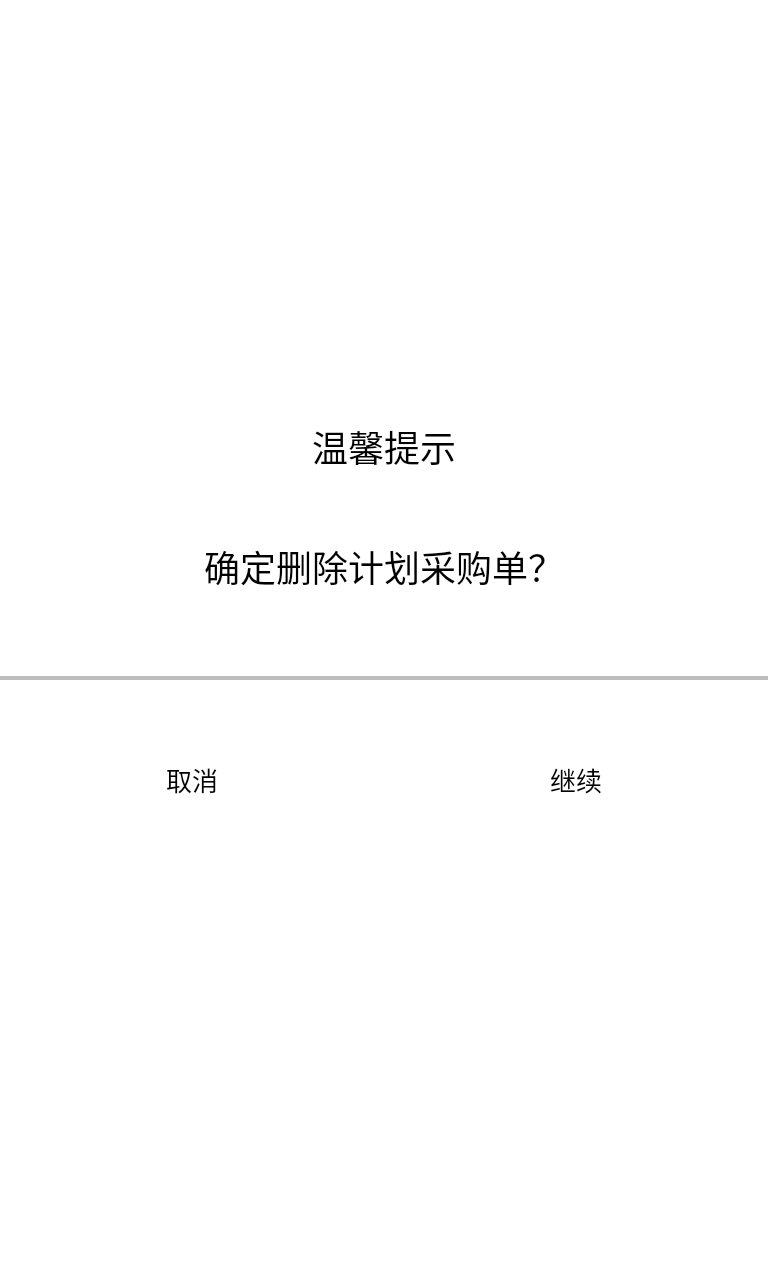
Repository: longxuep/ync
Layout: ync/Test/res/layout/view_dialog.xml
An editor plug-in stored every save of this project. The layout is shown before and after the next save, followed by the edit.
It is drawn on a 768 x 1280 px phone screen (xhdpi) without system bars, with theme AppTheme; the app's code is not run.

Above is the layout before, as saved 2016-08-08 06:45:11.

### ync/Test/res/layout/view_dialog.xml
<?xml version="1.0" encoding="utf-8"?>
<LinearLayout xmlns:android="http://schemas.android.com/apk/res/android"
    android:layout_width="match_parent"
    android:layout_height="match_parent"
    android:gravity="center"
    android:layout_gravity="center"
    android:background="@android:color/transparent"
    android:orientation="vertical" >

    <RelativeLayout
        android:id="@+id/pageinfo_success_code"
        android:layout_width="fill_parent"
        android:layout_height="240dp"
        android:clickable="true"
        android:background="#ffffff"
        android:visibility="visible" >
         <TextView
            android:id="@+id/dialog_title"
            android:layout_width="wrap_content"
            android:layout_height="wrap_content"
            android:layout_marginTop="10dp"
            android:layout_centerHorizontal="true"
            android:gravity="center"
            android:text="温馨提示"
            android:textSize="36px" />

        <TextView
            android:id="@+id/dialog_content"
            android:layout_width="wrap_content"
            android:layout_height="wrap_content"
            android:layout_marginTop="70dp"
            android:layout_centerHorizontal="true"
            android:gravity="center"
            android:text="确定删除计划采购单？"
            android:textSize="36px" />

        <View
            android:id="@+id/view_v1"
            android:layout_width="fill_parent"
            android:layout_height="2dp"
            android:layout_above="@+id/ly_v1"
            android:background="#bcbcbc" />

        <LinearLayout
            android:id="@+id/ly_v1"
            android:layout_width="fill_parent"
            android:layout_height="100dp"
            android:layout_alignParentBottom="true"
            android:orientation="horizontal" >

            <TextView
                android:id="@+id/dialog_out"
                android:layout_width="match_parent"
                android:layout_height="match_parent"
                android:layout_weight="1"
                android:gravity="center"
                android:text="取消"
                android:textSize="26px" />


            <TextView
                android:id="@+id/dialog_confirm"
                android:layout_width="match_parent"
                android:layout_height="match_parent"
                android:layout_weight="1"
                android:gravity="center"
                android:text="继续"
                android:textSize="26px" />
        </LinearLayout>
    </RelativeLayout>

</LinearLayout>

After the next save:
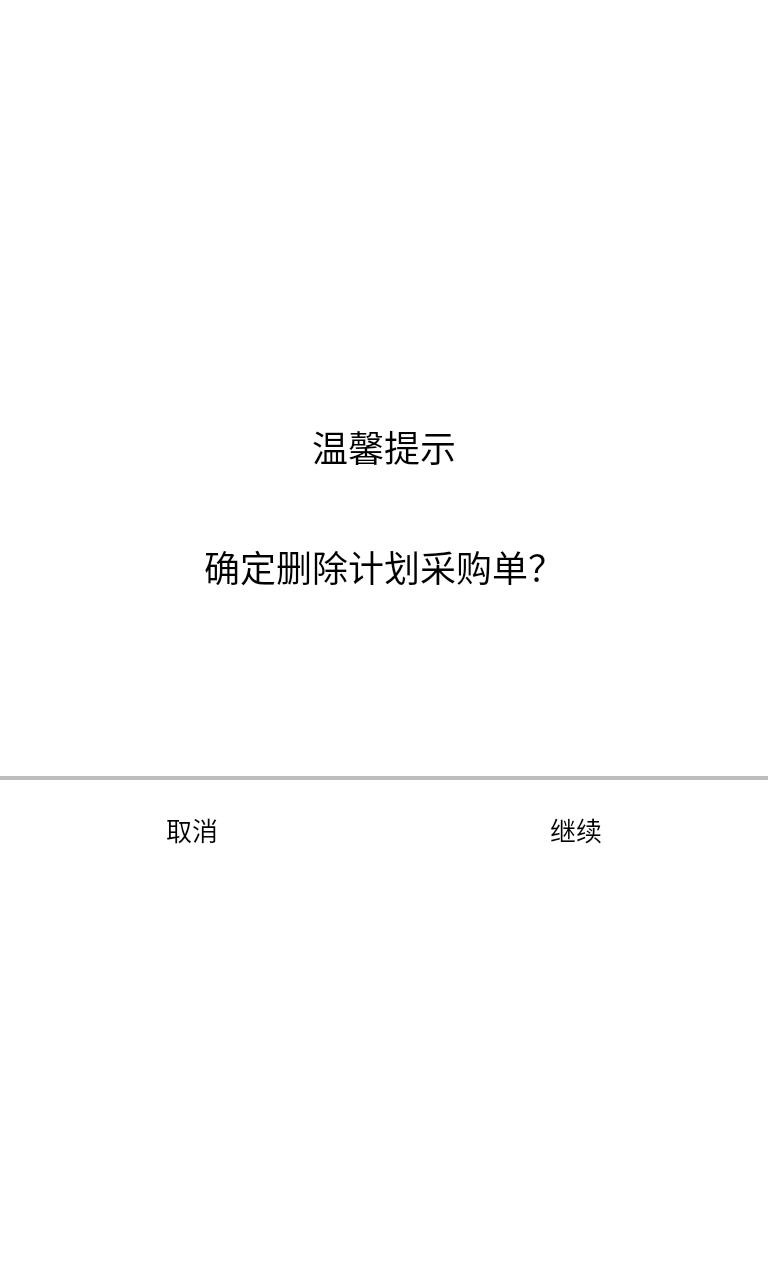
Saved 6 s later.
--- a/ync/Test/res/layout/view_dialog.xml
+++ b/ync/Test/res/layout/view_dialog.xml
@@ -44,7 +44,7 @@
         <LinearLayout
             android:id="@+id/ly_v1"
             android:layout_width="fill_parent"
-            android:layout_height="100dp"
+            android:layout_height="50dp"
             android:layout_alignParentBottom="true"
             android:orientation="horizontal" >
 
@@ -54,6 +54,8 @@
                 android:layout_height="match_parent"
                 android:layout_weight="1"
                 android:gravity="center"
+                android:paddingBottom="10px"
+                android:paddingTop="10px"
                 android:text="取消"
                 android:textSize="26px" />
 
@@ -64,6 +66,8 @@
                 android:layout_height="match_parent"
                 android:layout_weight="1"
                 android:gravity="center"
+                android:paddingBottom="10px"
+                android:paddingTop="10px"
                 android:text="继续"
                 android:textSize="26px" />
         </LinearLayout>
